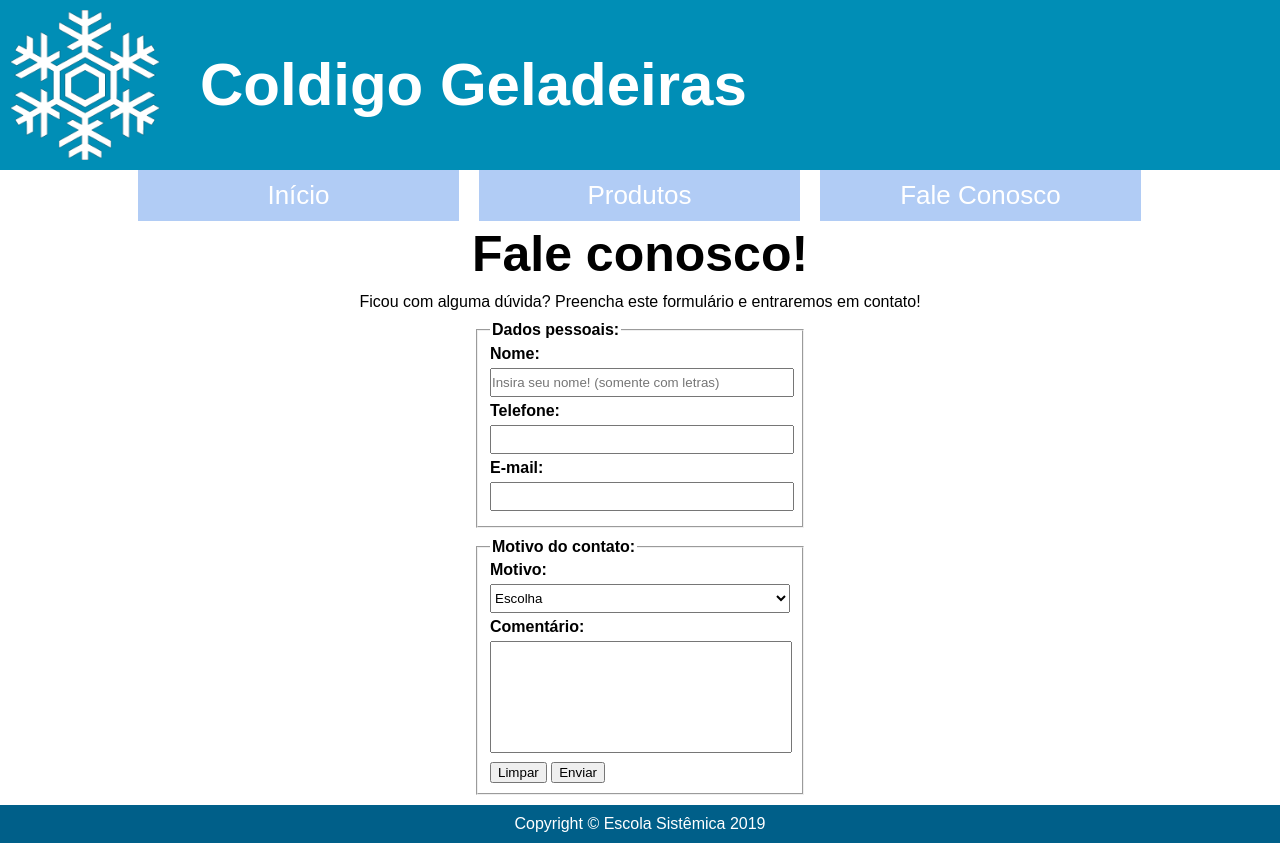
Repository: viniJulio/Coldigo
Page: ProjetoTrilhaWeb/WebContent/pages/site/faleconosco.html
The author's editor kept a copy of each file at every save. The page is drawn from the files as they stood at one save, then again after the next save.
The browser window is 1280 px wide. The pictures show the whole page.

Above is the page before, as saved 2023-03-08 00:19:47.

### ProjetoTrilhaWeb/WebContent/pages/site/faleconosco.html
<!DOCTYPE html>
<html lang="pt-br">
<head>
<meta charset="UTF-8">
<meta name="description" content="Site da Coldigo Geladeiras">
<meta name="keywords" content="Geladeiras, Frost-free, Refrigeração">
<meta name="author" content="Escola Sistêmica">
<meta name="viewport" content="widht=device-widht, initial-scale=1.0">

<title>Coldigo Geladeiras</title>
<link rel="stylesheet" type="text/css" href="../../css/site.css">
<script src="https://code.jquery.com/jquery-3.6.3.min.js"></script>
<script src="../../js/site.js"></script>
</head>
<body>
	<header> </header>

	<nav></nav>

	<section>
		<h2>Fale conosco!</h2>
		<p>Ficou com alguma dúvida? Preencha este formulário e entraremos
			em contato!</p>
		<form name="frmfaleconosco" method="get" action="#"
			onsubmit="return validaFaleConosco()">
			<fieldset class="faleConosco">
				<legend>Dados pessoais:</legend>
				<label for="nome">Nome: </label> <input type="text" name="txtnome"
					id="nome" pattern="[A-Za-z0-9]+" placeholder="Insira seu nome! (somente com letras)"> <label for="fone">Telefone: </label> <input
					type="text" name="txtfone" id="fone" > <label for="email">E-mail:
				</label> <input type="email" name="txtemail" id="email">
			</fieldset>
			<fieldset class="faleConosco">
				<legend>Motivo do contato:</legend>
				<label for="motivo">Motivo: </label> <select name="selmotivo"
					id="motivo" onchange="verificaMotivo(this.value)">
					<option value="">Escolha</option>
					<option value="RE">Reclamação</option>
					<option value="SU">Sugestão</option>
					<option value="PR">Informações sobre produto</option>
				</select>
				<div id="opcaoProduto"></div>
				<label for="comentario">Comentário: </label>
				<textarea name="txacomentario" id="comentario"></textarea>
				<button type="reset" onclick="verificaMotivo(null)">Limpar</button>
				<button type="submit"  onclick="validate()">Enviar</button>
			</fieldset>
		</form>
	</section>
	<footer> </footer>
</body>
</html>

### ProjetoTrilhaWeb/WebContent/css/site.css
@charset "UTF-8";

/*Configuração geral do corpo da página*/
body {
	margin: 0 auto;
	padding:0;
	font-family: "Century Gothic", sans-serif;
}

/**********************
configurações gerais
***********************/

/*cabeçalho*/
header {
	height: 170px;
	background-color: #008eb6;
}

header img {
	float: left;
	height: 150px;
	width: 150px;
	margin: 10px;
}

header h1 {
	float: left;
	margin: 50px 0 0 30px;
	font-size: 60px;
	color: #ffffff;
}

/*menu*/
nav {
	clear: both;
	width: 80%;
	margin: 0px auto;
	height: 55px;
}

nav a {
	color: white;
	text-decoration: none;
	text-align: center;
}

nav .opcao {
	float: left;
	width: 31.3%;
	background-color: #b1ccf5;
	padding: 10px 0;
	margin: 0 1%;
	font-size: 26px;
}

nav .opcao:hover {
	background-color: #83afd3;
}

/*Área geral para conteúdos específicos de cada pág*/
section {
	clear: both;
	min-height: 400px;
	width: 100%;
	margin-top: 0px;

}

/*Rodapé*/
footer{
	background-color: #005f89;
	color:#fff;
	text-align: center;
	padding:10px;
}

/***********
Página inicial
************/

section #topo{
	width: 900px;
	margin: 0px auto;
	height: 250px;
}

.geladeira{
	height: 250px;
	width: 125px;
}
.direita{
	float:right;
}
.esquerda{
	float:left;
}

section #titulos{
	float: left;
	height: 250px;
	width: 650px;
	margin: 0px auto;
}

h2{
	text-align: center;
	margin-top: 0px;
	margin-bottom: 10px;
	font-size: 50px;
}

h3{
	text-align: center;
	margin-top: 50px;
	font-size: 20px;
}

section p{
	clear: both;
	text-align: center;
	margin: 10px 80px;

}

/*************
Página Produtos
************/
.tabelaProdutos{
	margin: 10px auto;
	text-align: center;
}

.tituloTabela{
	text-align: center;
	font-size: 30px;
	font-weight: bold;
	color:#fff;
	padding:5px;
	border:transparent;
}
tr,td,th{
	border: 1px solid #B0C4DE;
	padding: 5px;
}

tr,td{
	font-size: 14px;

}

tr:nth-child(even) {
	background-color: #b1ccf5;

}
tr:nth-child(odd) {
	background-color: #83afd3;
}

.tabelaSecundaria{
	margin:10px auto;
	text-align: center;
}

.tituloSecundario{
	text-align: center;
	font-size: 30px;
	font-weight: bold;
	color:#fff;
	padding:5px;
	border:transparent;
}

/************
Página faleConosco
*************/

.faleConosco{
	width: 300px;
	margin:0px auto;
	font-weight: bold;
	margin-bottom: 10px;
}

.faleConosco input, .faleConosco textarea, .faleConosco select{
	margin: 5px auto;
	width: 100%;
	padding: 5px 0;
}

.faleConosco textarea{
	height: 100px;
	resize:none;
width: 100%;
}
.faleConosco buttom{
	width:30%;
	margin: 0 10%;
	background-color: #b1ccf5;
	font-weight: bold;
	font-size: 16px;

}

### ProjetoTrilhaWeb/WebContent/js/site.js
function validaFaleConosco() {
	if (document.frmfaleconosco.txtnome.value == "") {
		alert("Preencha o campo nome");
		document.frmfaleconosco.txtnome.focus();
	} else {
		if (document.frmfaleconosco.txtfone.value == "") {
			alert("Preencha o campo telefone");
			document.frmfaleconosco.txtfone.focus();
		} else {
			if (document.frmfaleconosco.txtemail.value == "") {
				alert("Preencha o campo email");
				document.frmfaleconosco.txtemail.focus();
			} else {
				if (document.frmfaleconosco.txacomentario.value == "") {
					alert("Preencha o campo comentário");
					document.frmfaleconosco.txacomentario.focus();
					return false;
				}

				return true;
			}
		}
	}
}

        function validate() {

            var fone = document.getElementById("fone").value;
            var fone2 = document.getElementById("fone");
            var re = /^[7-9][0-9]{9}$/;
            if (re.test(fone)) {
                alert("done");
                return true;
            }
            else {

                user2.style.border = "red solid 3px";
                return false;
            }
        }

function verificaMotivo(motivo) {

	var elemento = document.getElementById("opcaoProduto");

	//se o valor da variavel motivo for "PR"
	if (motivo == "PR") {
		//Criamos um elemento (tag) <select> e guardamos na varíavel homônima
		var select = document.createElement("select");
		//setamos nesse novo select o atributo 'name' com o valor 'selproduto'
		select.setAttribute("nome", "selproduto");
		//conteúdo atual da variável select:
		//<select name="selproduto"></select>

		//Criamos um elemento(tag)<option> e guardamos na variável homônima
		var option = document.createElement("option");
		//setamos nesse novo option o atributo 'value' com o valor vazio
		option.setAttribute("value", "");
		//Criamos um ní de texto "Escolha" e gravamos na variável 'texto'
		var texto = document.createTextNode("Escolha");
		//colocamos o nó de texto criado como "filho" da tag option criada
		option.appendChild(texto)
		//conteudo atual da variavel option;
		//<option value="">Escolha>/option>

		//colocamos o option criado como "filho" da tag option criada
		select.appendChild(option);
		//conteudo atual da variavel select:
		//<select name="selproduto"><option value="">Escolha</option></select>

		//criamos ul elemento (tag) <option> e guardamos na variável homônima
		var option = document.createElement("option");
		//setamos nesse novo option o atributo "value" com o valor "FR"
		option.setAttribute("value", "FR");
		//criamos um nó de texto "Freezer" e gravamos na variável 'texto'
		var texto = document.createTextNode("Freezer");
		//Colocamos o nó de texto criado como 'filho' da tag option criada
		option.appendChild(texto);
		//conteudo atual da variavel option:
		//<option value="FR">Freezer</option>

		//colocamos o option criado como "filho"da tag select criada
		select.appendChild(option);
		//conteudo atual da variavel select:
		/*
		<select name="selproduto">
		<option value="">Escolha</option><option value="FR">Freezer</option>
		</select>
		*/

		//criamos ul elemento (tag) <option> e guardamos na variável homônima
		var option = document.createElement("option");
		//setamos nesse novo option o atributo "value" com o valor "GE"
		option.setAttribute("value", "GE");
		//criamos um nó de texto "Freezer" e gravamos na variável 'texto'
		var texto = document.createTextNode("Geladeira");
		//Colocamos o nó de texto criado como 'filho' da tag option criada
		option.appendChild(texto);
		//conteudo atual da variavel option:
		//<option value="GE">Freezer</option>

		//colocamos o option criado como "filho"da tag select criada
		select.appendChild(option);
		//conteudo atual da variavel select:
		/*
		<select name="selproduto">
		<option value="">Escolha</option><option value="FR">Freezer</option>
		</select>
		*/

		//colocamos o select criado como "filho" da tag div capturada no inicio da função
		elemento.appendChild(select);
		//se o valor da variavel motivo não foi "PR"...
	} else {
		//se a div possuir algum "primeiro filho"
		if (elemento.firstChild)
			//removemos ele
			elemento.removechild(elemento.firstChild);
	}
}




$(document).ready(function() {

	//carrega cabeçalho, menu e rodapé aos respectivos locais
	$("header").load("/ProjetoTrilhaWeb/pages/site/general/cabecalho.html");
	$("nav").load("/ProjetoTrilhaWeb/pages/site/general/menu.html");
	$("footer").load("/ProjetoTrilhaWeb/pages/site/general/rodape.html");

});

### ProjetoTrilhaWeb/WebContent/pages/site/general/cabecalho.html

<img src="/ProjetoTrilhaWeb/imgs/logo.png" alt="Logo da Coldigo Geladeiras">
<h1>Coldigo Geladeiras</h1>

### ProjetoTrilhaWeb/WebContent/pages/site/general/menu.html

<a href="/ProjetoTrilhaWeb/index.html">
	<div class="opcao">Início</div>
</a>
<a href="/ProjetoTrilhaWeb/pages/site/produtos.html">
	<div class="opcao">Produtos</div>
</a>
<a href="/ProjetoTrilhaWeb/pages/site/faleconosco.html">
	<div class="opcao">Fale Conosco</div>
</a>

### ProjetoTrilhaWeb/WebContent/pages/site/general/rodape.html

Copyright &copy; Escola Sistêmica 2019

After the next save:
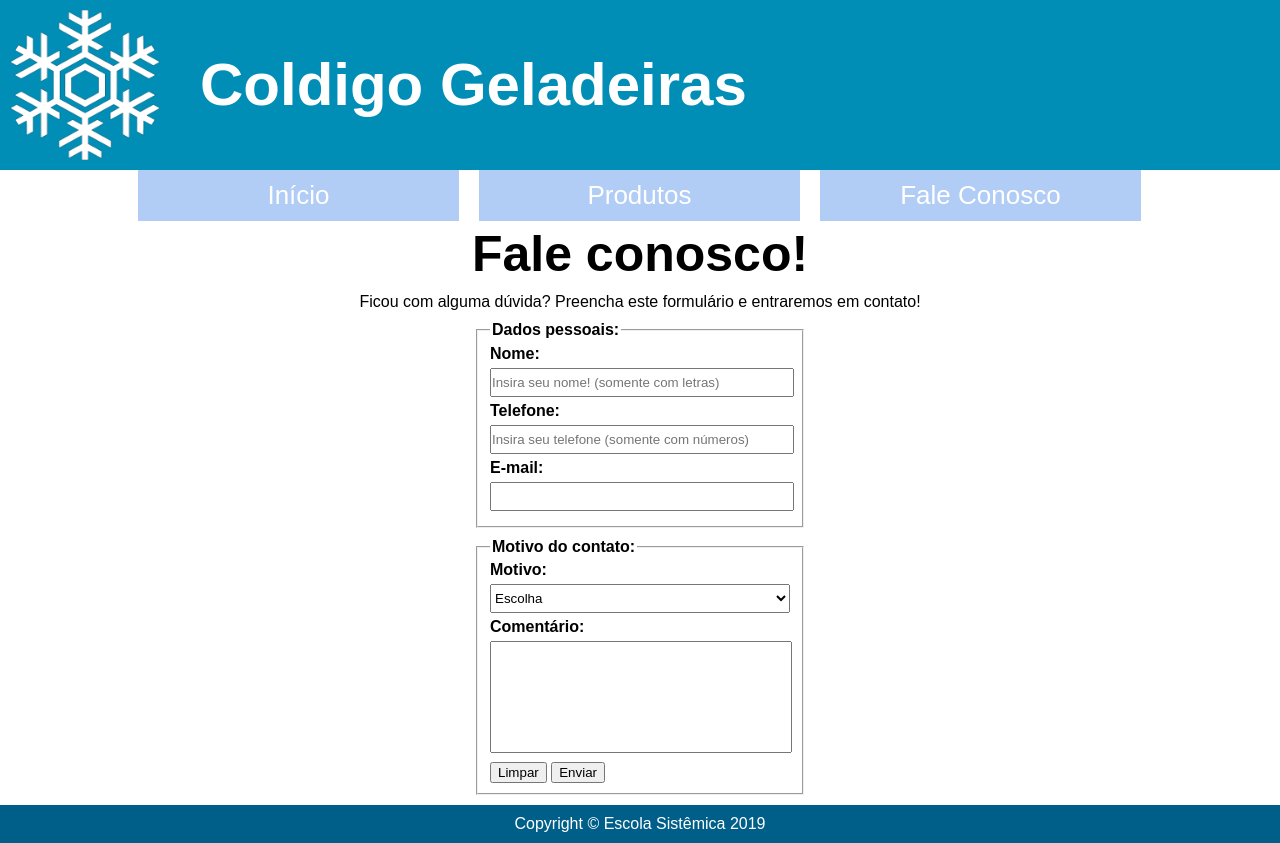
Saved 27 s later.
--- a/ProjetoTrilhaWeb/WebContent/pages/site/faleconosco.html
+++ b/ProjetoTrilhaWeb/WebContent/pages/site/faleconosco.html
@@ -27,7 +27,7 @@
 				<legend>Dados pessoais:</legend>
 				<label for="nome">Nome: </label> <input type="text" name="txtnome"
 					id="nome" pattern="[A-Za-z0-9]+" placeholder="Insira seu nome! (somente com letras)"> <label for="fone">Telefone: </label> <input
-					type="text" name="txtfone" id="fone" > <label for="email">E-mail:
+					type="text" name="txtfone" id="fone" placeholder="Insira seu telefone (somente com números)"> <label for="email">E-mail:
 				</label> <input type="email" name="txtemail" id="email">
 			</fieldset>
 			<fieldset class="faleConosco">
